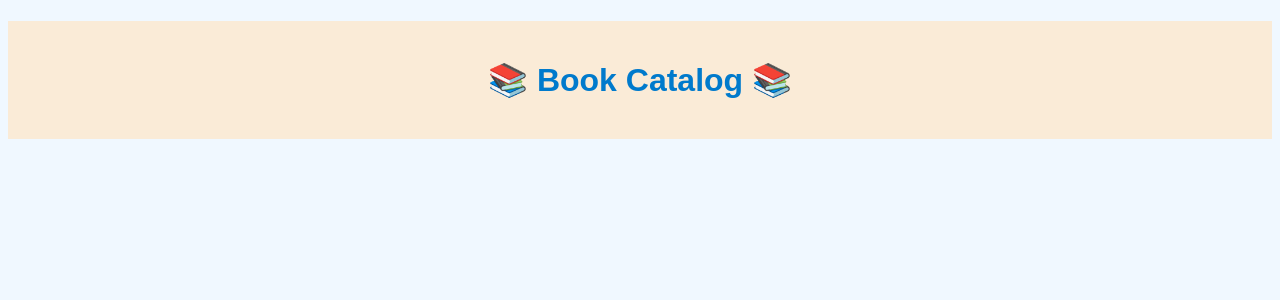
Repository: kaitlynlew/Book-Catalog
Page: /
These files come from the project's save history. The page is drawn as it stood at one moment and after the next save; the edit follows.
The browser window is 1280 px wide. The pictures show the whole page.
The project was rebuilt for these pictures with package versions that can differ from the ones it lists, and the page was loaded fresh each time. Also part of the build but not shown: vite.config.js.

Above is the page before, as saved 2025-09-14 00:09:57.

### index.html
<!doctype html>
<html lang="en">

<head>
  <meta charset="UTF-8" />
  <meta name="viewport" content="width=device-width, initial-scale=1.0" />
  <title>📚 Book Catalog</title>
</head>

<body>
  <div id="root"></div>
  <script type="module" src="/src/main.jsx"></script>
</body>

</html>

### src/App.jsx

function App() {
  return <h1>📚 Book Catalog 📚</h1>;
}

export default App;

### src/App.css
/* index.css */
body {
  background-color: #f0f8ff;
  font-family: sans-serif;
}

h1 {
  color: #007acc;
  text-align: center;
  background-color: antiquewhite;
  padding: 40px;
}

Loaded but not shown: src/main.jsx (common file)

After the next save:
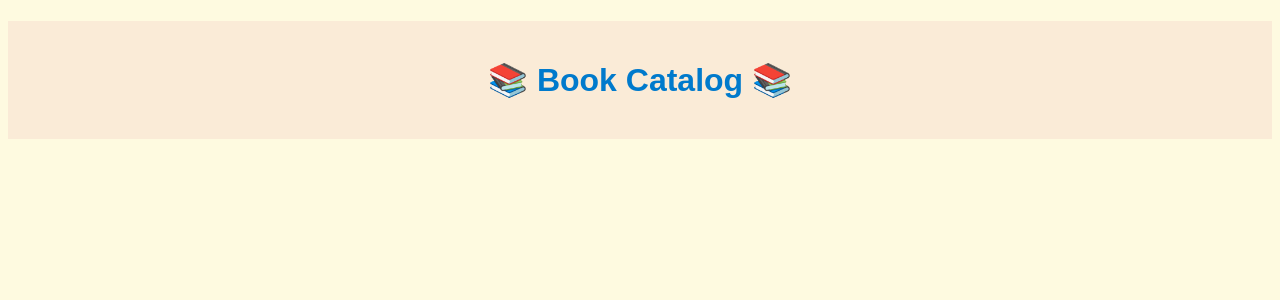
Saved 42 s later.
--- a/src/App.css
+++ b/src/App.css
@@ -1,6 +1,6 @@
 /* index.css */
 body {
-  background-color: #f0f8ff;
+  background-color: #fefae0;
   font-family: sans-serif;
 }
 
